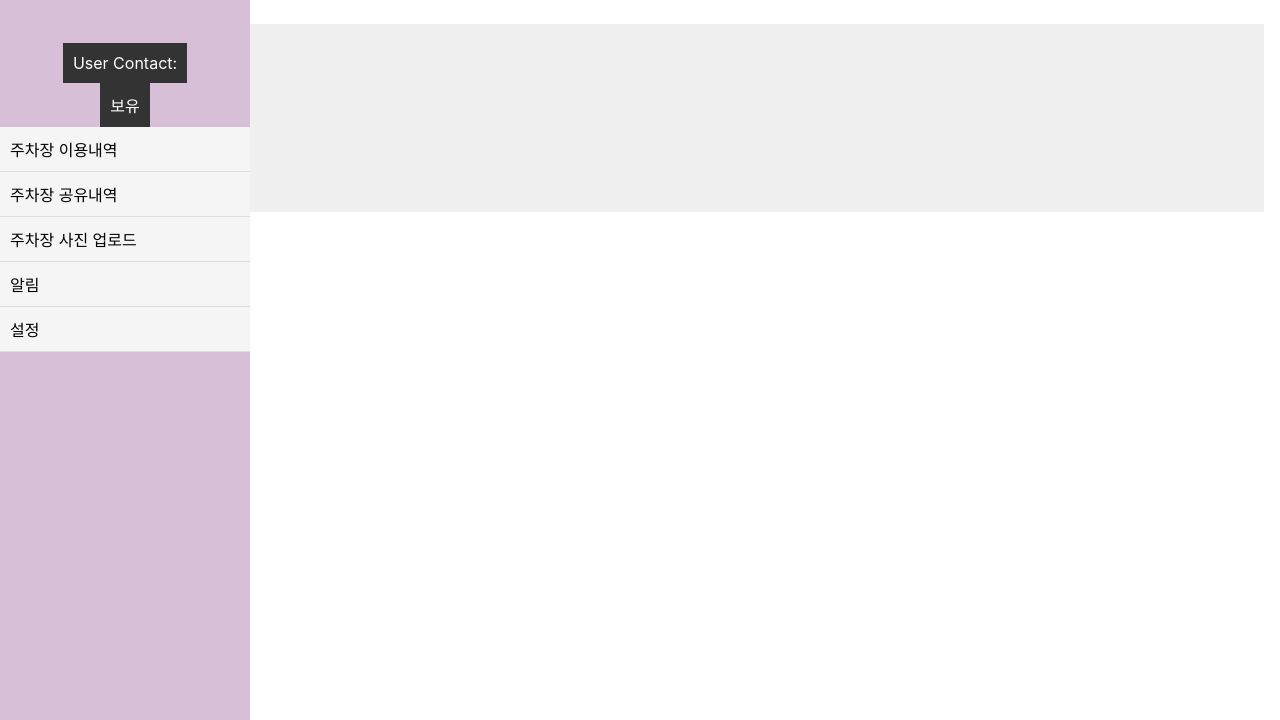
Repository: ohjjoa/reactTest
Page: /, after clicking the first element matching `img`
The author's editor kept a copy of each file at every save. The page is drawn from the files as they stood at one save, then again after the next save.
The browser window is 1280 px wide. The pictures show the whole page.
The project was rebuilt for these pictures with package versions that can differ from the ones it lists, and the page was loaded fresh each time.

Above is the page before, as saved 2024-08-02 05:19:45.

### src/App.tsx
import { BrowserRouter as Router, Route, Routes } from 'react-router-dom';
import Home from './pages/Home';

function App() {
  return (
    <Router>
      <Routes>
        <Route path="/" element={<Home />} />
        {/* 다른 Route 추가 가능 */}
      </Routes>
    </Router>
  );
}

export default App;

### src/pages/Home/index.tsx
import React, { useState, useRef, useEffect } from 'react';
import { FixedSizeList as List } from 'react-window';
import { TestContainer, Sidebar, SidebarOpen } from './styles';
import icBurger from '../../assets/ic_burger.svg';

// 리스트 항목의 데이터
// const items = new Array(5).fill(null).map((_, index) => `Item ${index + 1}`);
// 리스트 항목의 데이터
const items = [
  '주차장 이용내역',
  '주차장 공유내역',
  '주차장 사진 업로드',
  '알림',
  '설정'
];

const Home = () => {
  const [sideBarOpen, setSideBarOpen] = useState(false);
  const sidebarRef = useRef<HTMLDivElement>(null);
  const backgroundRef = useRef<HTMLDivElement>(null);

  const burgerClick = () => {
    setSideBarOpen(!sideBarOpen);
  };

  const handleClickOutside = (event: MouseEvent | TouchEvent) => {
    if (
      sidebarRef.current &&
      !sidebarRef.current.contains(event.target as Node) &&
      backgroundRef.current &&
      !backgroundRef.current.contains(event.target as Node)
    ) {
      setSideBarOpen(false);
    }
  };

  useEffect(() => {
    const handleContextMenu = (event: MouseEvent) => {
      event.preventDefault(); // 기본 우클릭 메뉴 막기
      event.stopPropagation(); // 이벤트 전파 막기
      return false;
    };

    window.addEventListener('contextmenu', handleContextMenu);
    // 데스크탑 환경
    document.addEventListener('mousedown', handleClickOutside);
    // 모바일 환경
    document.addEventListener('touchstart', handleClickOutside);

    return () => {
      window.removeEventListener('contextmenu', handleContextMenu);
      document.removeEventListener('mousedown', handleClickOutside);
      document.removeEventListener('touchstart', handleClickOutside);
    };
  }, []);

  // 사이드바 아이템 렌더링
  const Row = ({ index, style }: { index: number; style: React.CSSProperties }) => (
    <div
    style={{
      backgroundColor: '#f5f5f5', // 아이템의 배경 색상
      padding: '10px', // 아이템의 패딩
      borderBottom: '1px solid #ddd', // 아이템 하단의 경계선 (선택 사항)
      boxSizing: 'border-box', // 패딩과 경계선이 요소의 전체 크기에 포함되도록
      color: '#000000'
    }}
  >
    {items[index]}
    </div>
  );

  return (
    <div ref={backgroundRef}>
      <TestContainer>
        <img
          src={icBurger}
          alt="Burger Icon"
          style={{
            maxWidth: '100%',
            height: 'auto',
            cursor: 'pointer',
            marginTop: '50px',
          }}
          onClick={burgerClick} // 클릭 이벤트로 사이드바 열기/닫기 처리
        />
      </TestContainer>

      {sideBarOpen && (
        <SidebarOpen ref={sidebarRef}
        style={{ display: 'flex', flexDirection: 'column', width: '250' }}>
          <div style={{ padding: '10px', backgroundColor: '#333', color: '#fff' }}>
            User Contact:
          </div>
          <div style={{ padding: '10px', backgroundColor: '#333', color: '#fff'}}>
            보유
          </div>
          <List
            height={550} // 사이드바의 높이에서 연락처의 높이를 제외한 값
            itemCount={items.length} // 아이템 수
            itemSize={50} // 아이템의 높이
            width={250} // 사이드바의 너비
          >
            {Row}
          </List>
        </SidebarOpen>
      )}
      {!sideBarOpen && (
        <Sidebar ref={sidebarRef}>
          <div>Sidebar Content</div>
        </Sidebar>
      )}
    </div>
  );
};

export default Home;

### src/pages/Home/styles.tsx
import { styled } from '@stitches/react';

const TestContainer = styled('div', {
  paddingLeft: '16px',
  paddingRight: '16px',
  marginTop: '24px',
  paddingBottom: '110px',
  backgroundColor: '#f0f0f0',
  marginLeft: '16px',
  marginRight: '16px',
});

const Sidebar = styled('div', {
  position: 'fixed',
  top: 0,
  left: '-250px', // 사이드바가 화면 밖으로 숨겨져 있도록 설정
  width: '250px',
  height: '100%',
  backgroundColor: '#D8BFD8',
  color: 'white',
  transition: 'left 0.3s ease', // 애니메이션 효과
  display: 'flex',
  alignItems: 'center',
  justifyContent: 'center',
  zIndex: 1000, // 사이드바가 다른 요소 위에 오도록 설정
});

const SidebarOpen = styled(Sidebar, {
  left: 0, // 사이드바가 화면에 보이도록 설정
});


export { TestContainer, Sidebar, SidebarOpen };

Loaded but not shown: public/index.html (common file); src/index.tsx (common file); src/index.css (common file); src/reportWebVitals.ts (common file)

After the next save:
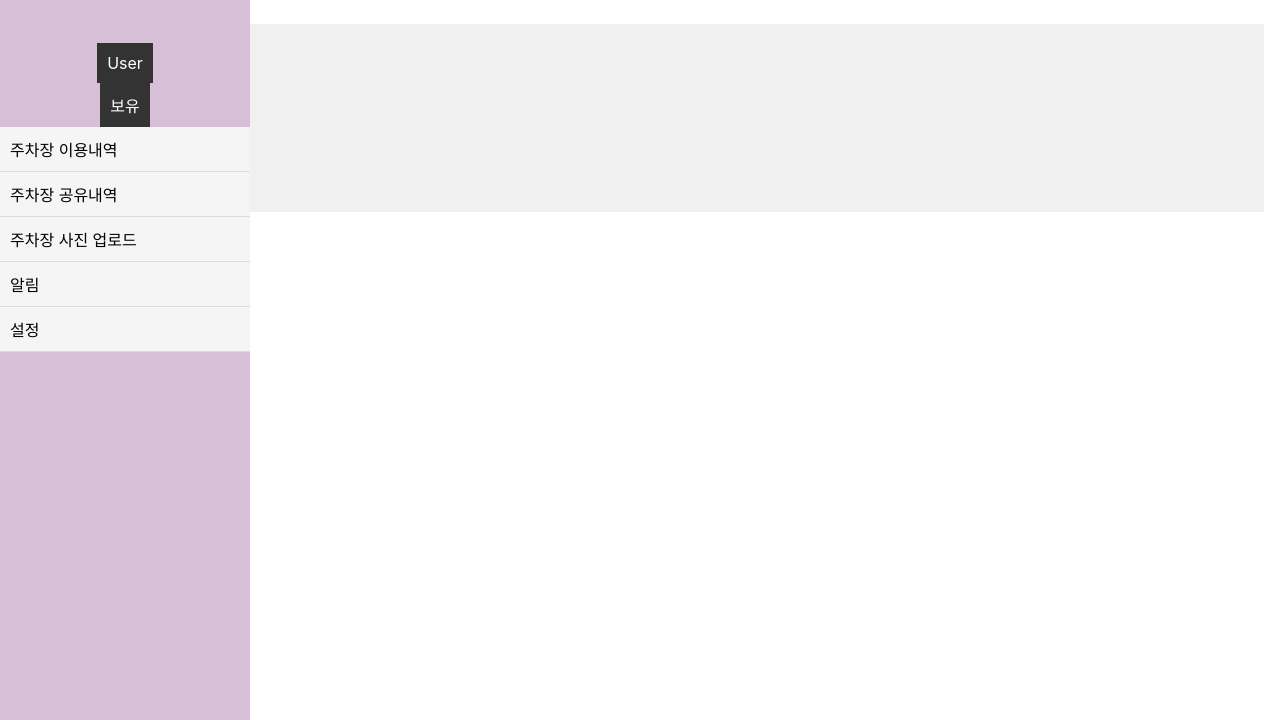
Saved 90 s later.
--- a/src/pages/Home/index.tsx
+++ b/src/pages/Home/index.tsx
@@ -88,8 +88,8 @@ const Home = () => {
       {sideBarOpen && (
         <SidebarOpen ref={sidebarRef}
         style={{ display: 'flex', flexDirection: 'column', width: '250' }}>
-          <div style={{ padding: '10px', backgroundColor: '#333', color: '#fff' }}>
-            User Contact:
+          <div style={{ padding: '10px', backgroundColor: '#333', color: '#fff', height: '250' }}>
+            User
           </div>
           <div style={{ padding: '10px', backgroundColor: '#333', color: '#fff'}}>
             보유
